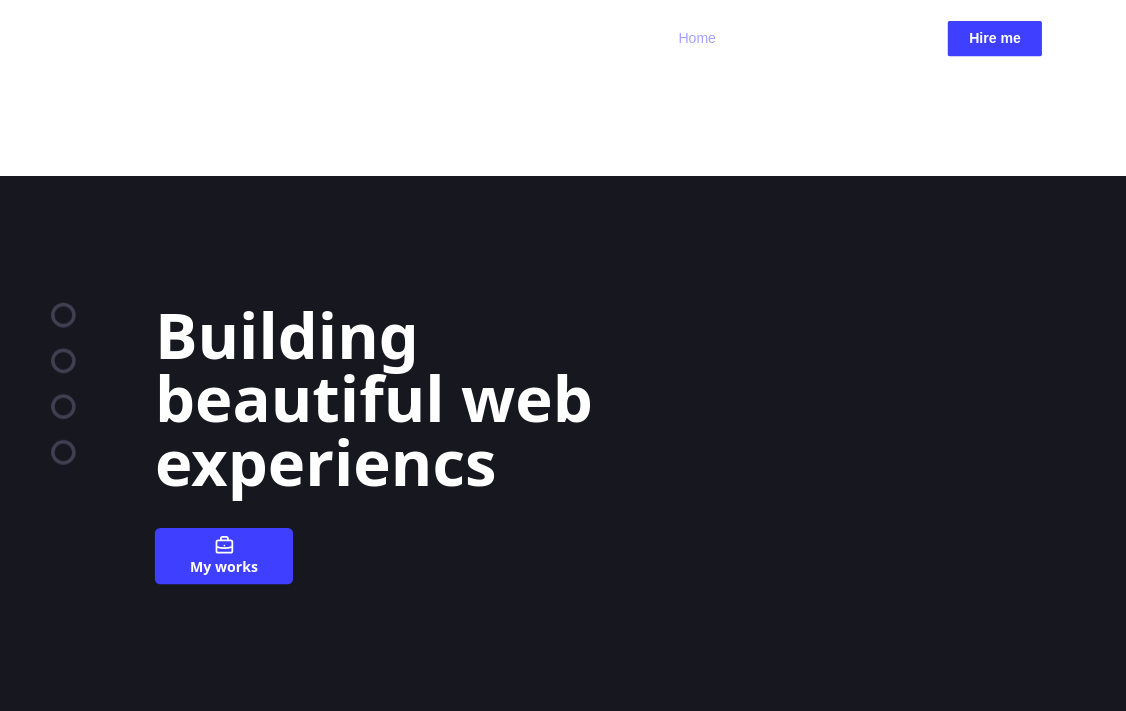
Repository: Alex0715/portfolio
Page: /
These files come from the project's save history. The page is drawn as it stood at one moment and after the next save; the edit follows.
The browser window is 1280 px wide. The pictures show the part of the page from y = 0 to 1208 px (the page is 808 px tall before and 2120 px after), at 88% of full size.
Pictures or frames that could not be fetched are drawn as grey boxes. The project was rebuilt for these pictures with package versions that can differ from the ones it lists, and the page was loaded fresh each time. The framework's server and built-in components were replaced by stand-ins that run in the browser. Also part of the build but not shown: next.config.js.

Above is the page before, as saved 2022-02-03 23:50:35.

After the next save:
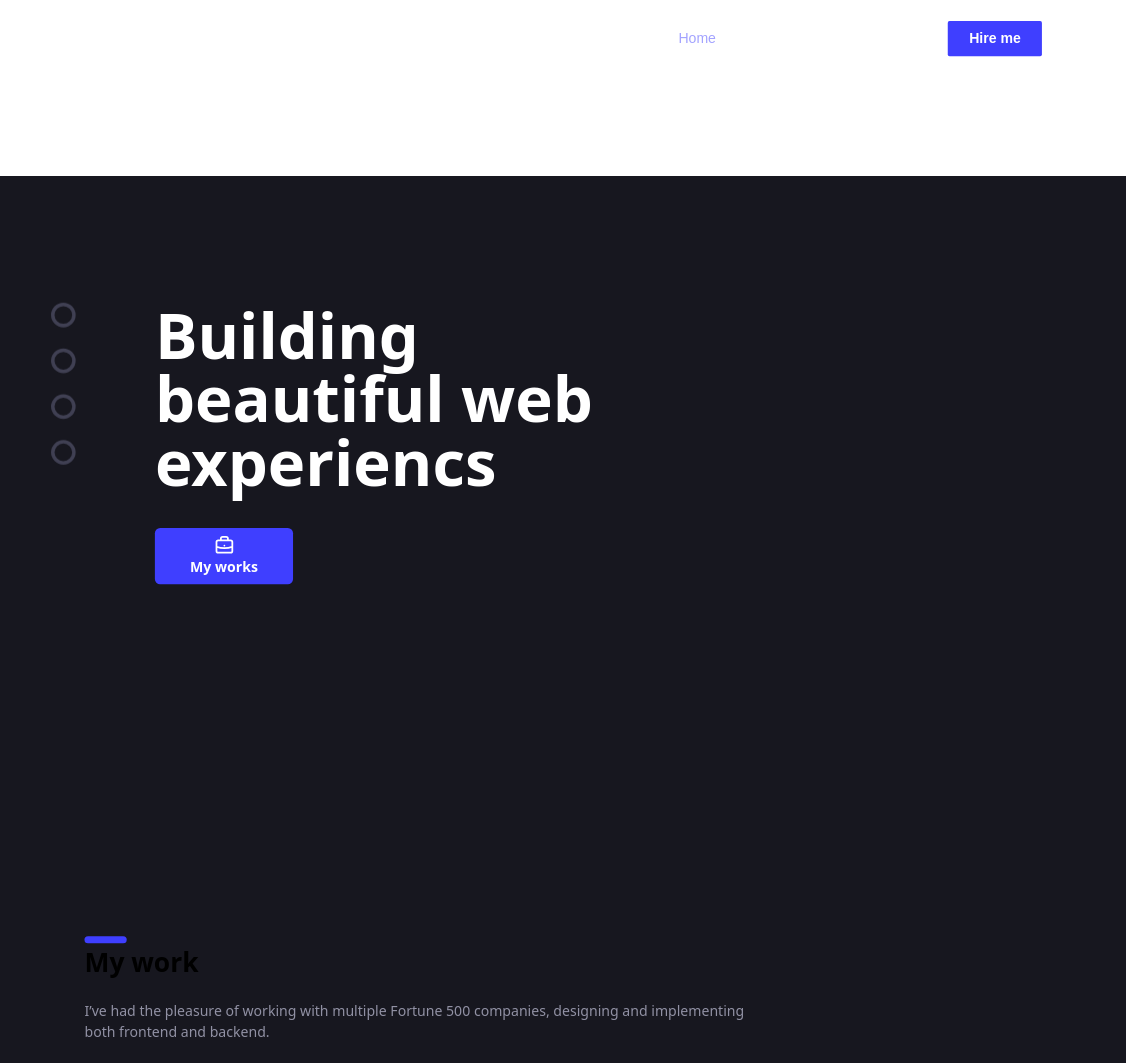
Saved 19 s later.
--- a/pages/index.js
+++ b/pages/index.js
@@ -1,7 +1,8 @@
 import Head from 'next/head'
 import Banner from './components/Banner'
 import Header from './components/header'
-import work from './components/work'
+import Work from './components/work'
+
 
 
 
@@ -11,7 +12,7 @@
       <Header/>
       <body className='bg-body'>
         <Banner/>
-        <work/>
+        <Work />
       </body>
     </div>
 
